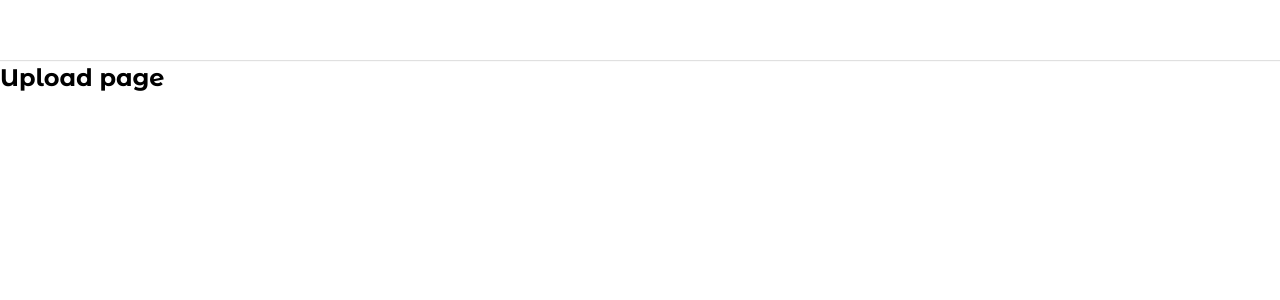
Repository: thinh909thinh/tiktok
Page: /upload
The author's editor kept a copy of each file at every save. The page is drawn from the files as they stood at one save, then again after the next save.
The browser window is 1280 px wide. The pictures show the whole page.
The project was rebuilt for these pictures with package versions that can differ from the ones it lists, and the page was loaded fresh each time. Also part of the build but not shown: src/components/Layout/DefaultLayout/Sidebar/index.js, src/components/Layout/DefaultLayout/index.js, src/pages/Home/index.js, src/pages/Followwing/index.js, src/pages/Profile/index.js, src/pages/Seach/index.js.

Above is the page before, as saved 2022-08-26 13:59:20.

### src/index.js
import React from 'react';
import ReactDOM from 'react-dom/client';
import App from '~/App';
import reportWebVitals from './reportWebVitals';
import GlobalStyles from '~/components/GlobalStyles';
const root = ReactDOM.createRoot(document.getElementById('root'));
root.render(
    <React.StrictMode>
        <GlobalStyles>
            <App />
        </GlobalStyles>
    </React.StrictMode>,
);

// If you want to start measuring performance in your app, pass a function
// to log results (for example: reportWebVitals(console.log))
// or send to an analytics endpoint. Learn more: https://bit.ly/CRA-vitals
reportWebVitals();

### src/App.js
import { BrowserRouter as Router, Route, Routes } from 'react-router-dom';
import { Fragment } from 'react';
import { publicRoutes } from '~/routes';
import { DefaultLayout } from '~/components/Layout';
function App() {
    return (
        <Router>
            <div className="App">
                <Routes>
                    {publicRoutes.map((route, index) => {
                        const Page = route.component;
                        let Layout = DefaultLayout;
                        if (route.layout) {
                            Layout = route.layout;
                        } else if (route.layout === null) {
                            Layout = Fragment;
                        }
                        return (
                            <Route
                                key={index}
                                path={route.path}
                                element={
                                    <Layout>
                                        <Page />
                                    </Layout>
                                }
                            />
                        );
                    })}
                </Routes>
            </div>
        </Router>
    );
}
export default App;

### src/routes/index.js
import { HeaderOnly } from '~/components/Layout';
// pages
import Home from '~/pages/Home';
import Following from '~/pages/Followwing';
import Profile from '~/pages/Profile';
import Upload from '~/pages/Upload';
import Seach from '~/pages/Seach';
// publicRoutes
const publicRoutes = [
    { path: '/', component: Home },
    { path: '/following', component: Following },
    { path: '/profile', component: Profile },
    { path: '/upload', component: Upload, layout: HeaderOnly },
    { path: '/seach', component: Seach, layout: null },
];
const privateRoutes = [];
export { publicRoutes, privateRoutes };

### src/components/GlobalStyles/GlobalStyles.scss
@import 'normalize.css';
@import url('https://fonts.googleapis.com/css2?family=Montserrat+Alternates:wght@300;400;500;600;700&family=Montserrat:ital,wght@1,900&display=swap');
:root {
    --primary: #fe2c55;
}
* {
    box-sizing: border-box;
    margin: 0;
    padding: 0;
}
html {
    font-size: 62.5%;
}
body {
    font-family: 'Montserrat', sans-serif;
    font-family: 'Montserrat Alternates', sans-serif;
    font-size: 1.6rem;
    line-height: 1.5;
    text-rendering: optimizeSpeed;
}

### src/components/Layout/HeaderOnly/index.js
import Header from '~/components/Layout/components/Header';
function HeaderOnly({ children }) {
    return (
        <div>
            <Header />
            <div className="container">
                <div className="content">{children}</div>
            </div>
        </div>
    );
}

export default HeaderOnly;

### src/components/Layout/components/Header/index.js
import styles from './Header.module.scss';
import classNames from 'classnames/bind';
const cx = classNames.bind(styles);
function Header() {
    return <header className={cx('wrapper')}></header>;
}

export default Header;

### src/components/Layout/components/Header/Header.module.scss
.wrapper {
    height: 60px;
    box-shadow: 0px 1px 1px rgb(0 0 0 / 12%);
    display: flex;
    justify-content: center;
}
.inner {
    height: 100%;
    width: 1150px;
    background-color: yellowgreen;
}

Loaded but not shown: public/index.html (common file); src/reportWebVitals.js (common file); src/components/GlobalStyles/index.js (common file); src/components/Layout/index.js (common file); src/pages/Upload/index.js (common file)

After the next save:
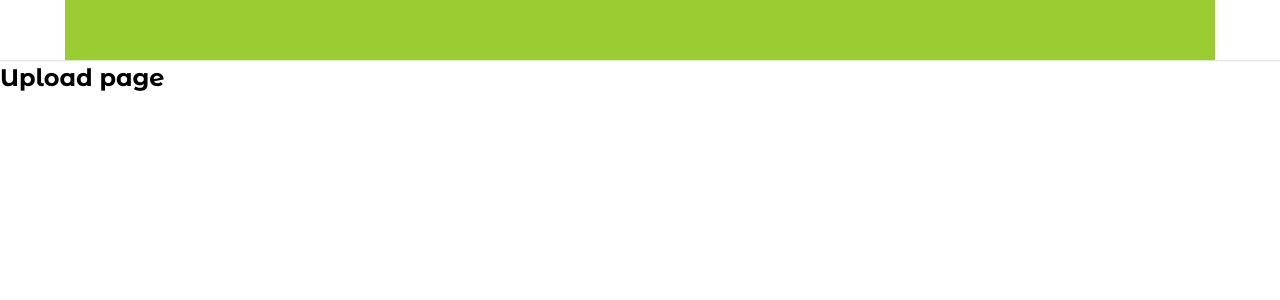
Saved 9 s later.
--- a/src/components/Layout/components/Header/index.js
+++ b/src/components/Layout/components/Header/index.js
@@ -2,7 +2,11 @@ import styles from './Header.module.scss';
 import classNames from 'classnames/bind';
 const cx = classNames.bind(styles);
 function Header() {
-    return <header className={cx('wrapper')}></header>;
+    return (
+        <header className={cx('wrapper')}>
+            <div className={cx('inner')}></div>
+        </header>
+    );
 }
 
 export default Header;
